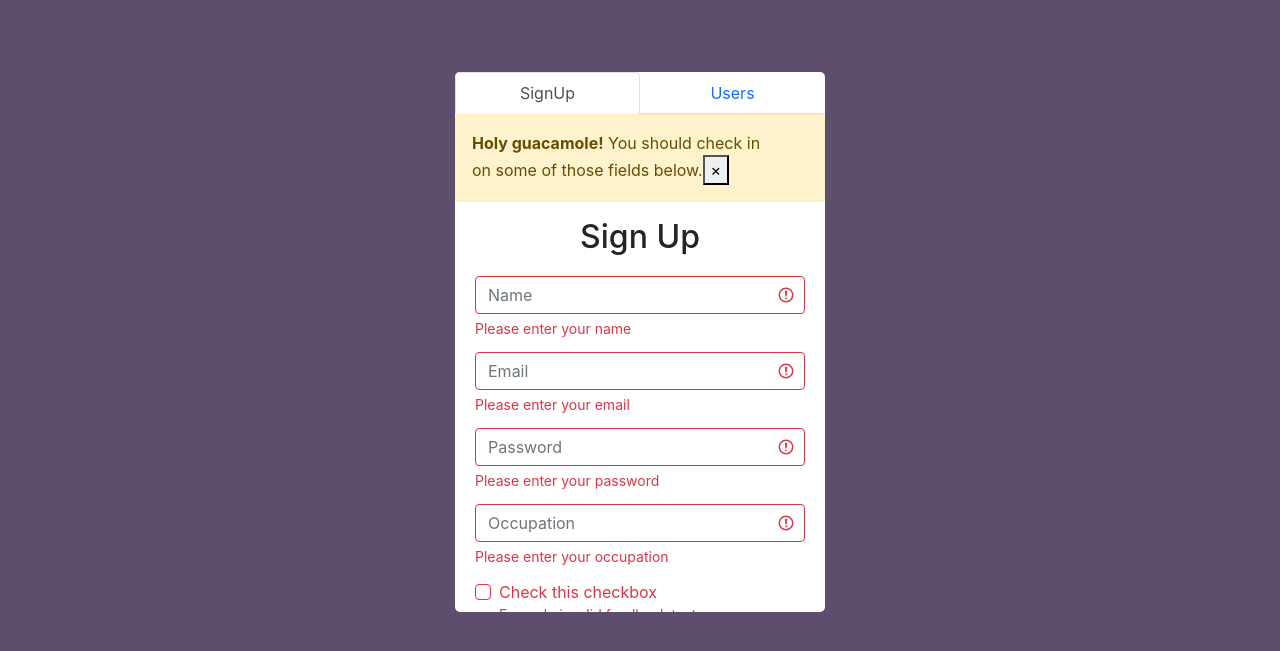
Repository: asadalibest1/SignUp-from
Page: /
These files come from the project's save history. The page is drawn as it stood at one moment and after the next save; the edit follows.
The browser window is 1280 px wide. The pictures show the whole page.
The project was rebuilt for these pictures with package versions that can differ from the ones it lists, and the page was loaded fresh each time.

Above is the page before, as saved 2021-02-09 16:30:43.

After the next save:
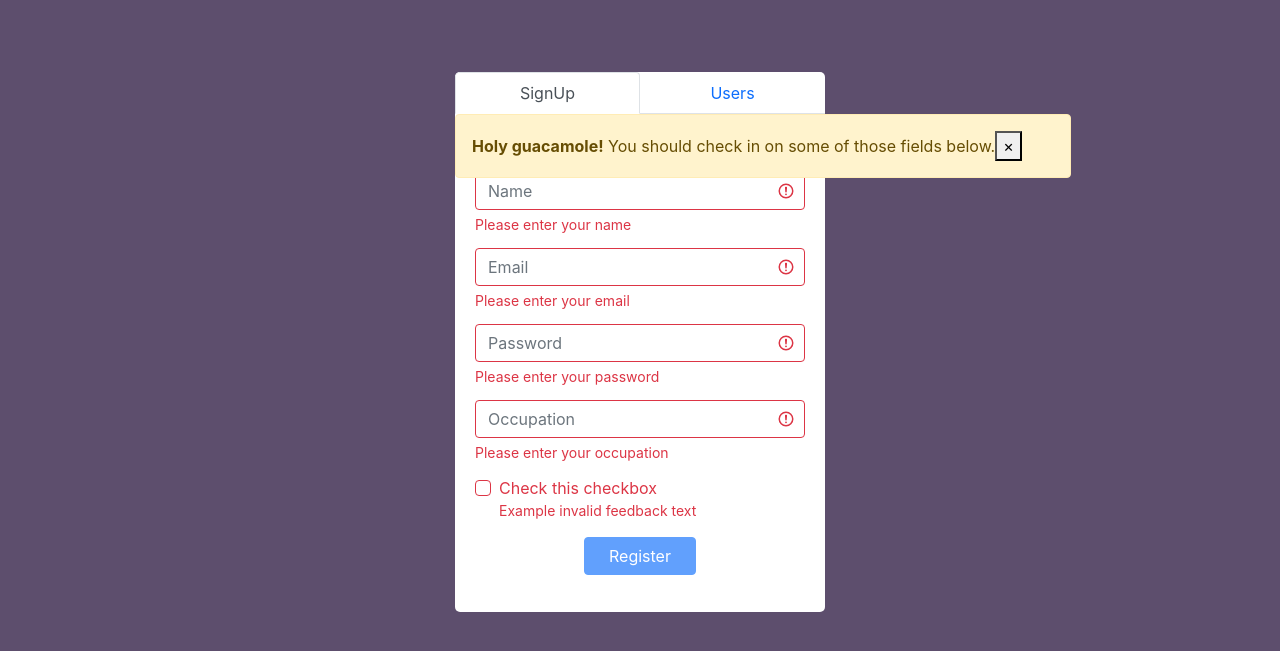
Saved 29 s later.
--- a/src/components/SignUp/SignUp.js
+++ b/src/components/SignUp/SignUp.js
@@ -72,7 +72,7 @@ export default function SignUp() {
     <div className="SignUp">
 
 
-<div class="alertea alert alert-warning alert-dismissible fade show" role="alert">
+<div class="alertea alert alert-warning alert-dismissible fade show" role="alert" style={{position: "absolute"}}>
                 <strong>Holy guacamole!</strong> You should check in on some of those fields below.
                         <button type="button" class="close" data-dismiss="alert" aria-label="Close">
                     <span aria-hidden="true">&times;</span>
